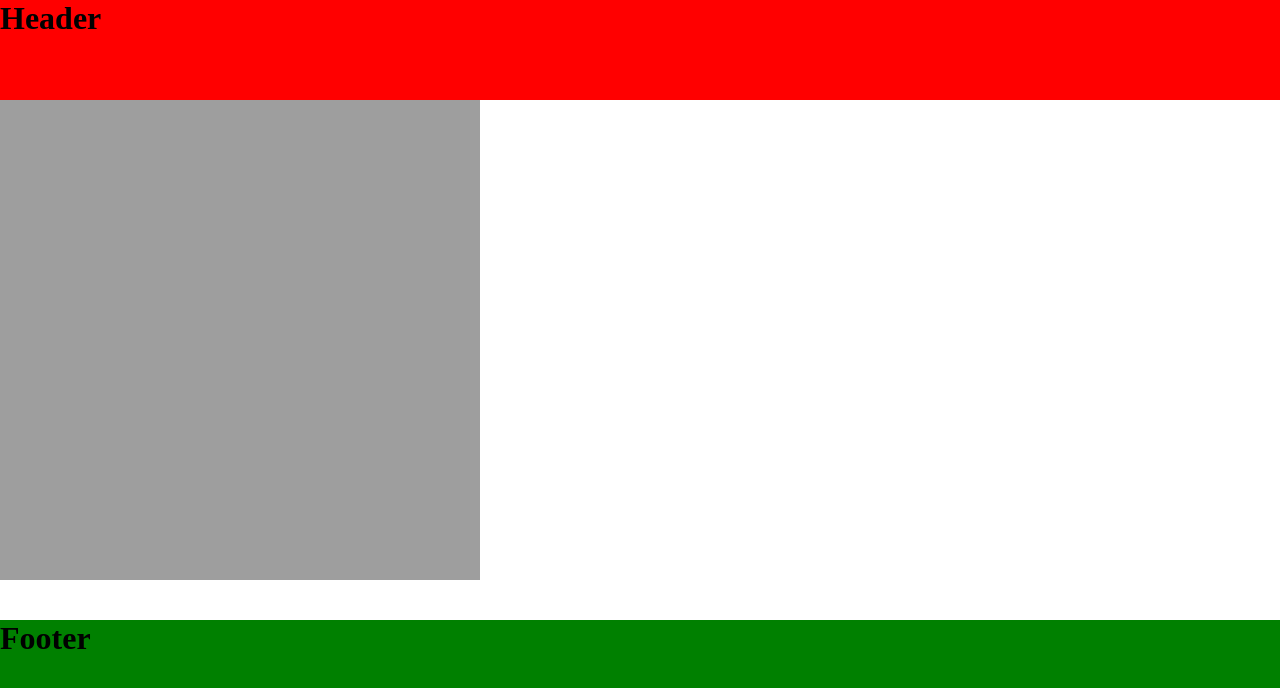
Repository: jameswilky/chess
Page: index.html
These files come from the project's save history. The page is drawn as it stood at one moment and after the next save; the edit follows.
The browser window is 1280 px wide. The pictures show the whole page.

Above is the page before, as saved 2018-11-21 20:33:35.

After the next save:
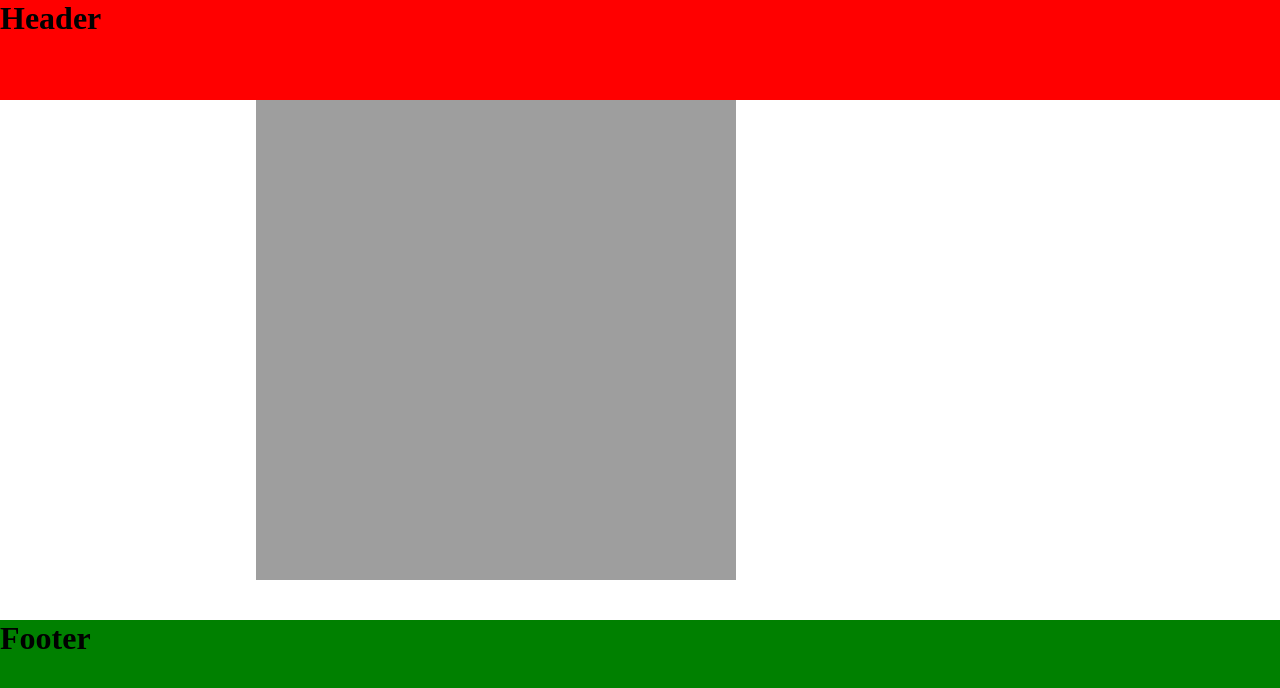
Saved 17 s later.
--- a/style.css
+++ b/style.css
@@ -11,6 +11,7 @@
   top:100px;
   bottom:100px;
   overflow: hidden;
+  left: 20%;
 }
 
 #board {
